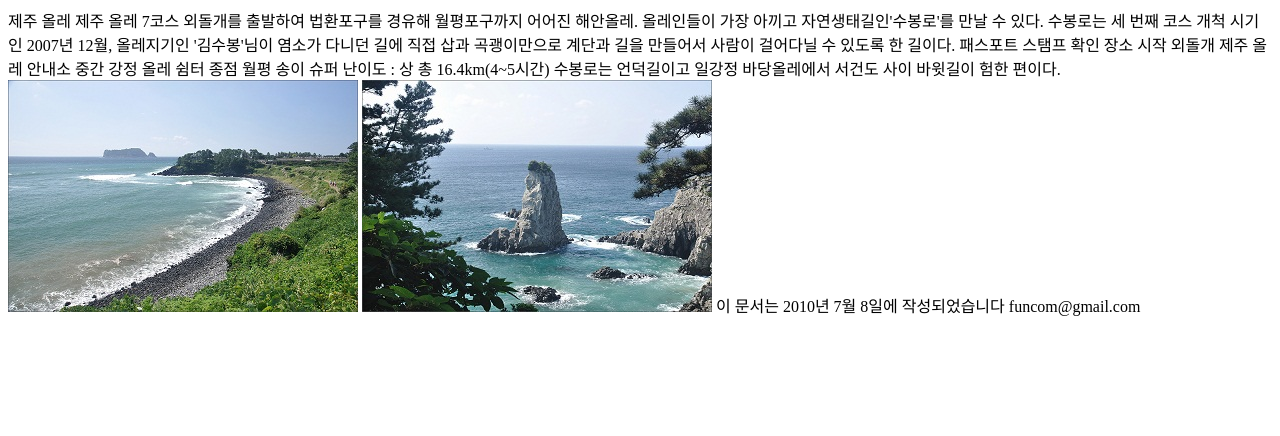
Repository: jinaa11/Kcc_Web
Page: Html/WebContent/sample2.html
These files come from the project's save history. The page is drawn as it stood at one moment and after the next save; the edit follows.
The browser window is 1280 px wide. The pictures show the whole page.

Above is the page before, as saved 2024-07-08 07:06:43.

### Html/WebContent/sample2.html
<!DOCTYPE html>
<html>
<head>
<meta charset="UTF-8">
<title>Insert title here</title>
</head>
<body>


제주 올레

  제주 올레 7코스
  외돌개를 출발하여 법환포구를 경유해 월평포구까지 어어진 해안올레. 올레인들이 가장 아끼고 자연생태길인'수봉로'를 만날 수 있다. 수봉로는 세 번째 코스 개척 시기인 2007년 12월, 올레지기인 '김수봉'님이 염소가 다니던 길에 직접 삽과 곡괭이만으로 계단과 길을 만들어서 사람이 걸어다닐 수 있도록 한 길이다.

  패스포트 스탬프 확인 장소
 시작  외돌개 제주 올레 안내소
 중간  강정 올레 쉼터
 종점  월평 송이 슈퍼

<!-- 거리 태그 -->
  난이도 : 상 총 16.4km(4~5시간)
  수봉로는 언덕길이고 일강정 바당올레에서 서건도 사이 바윗길이 험한 편이다.


    <img src="images/road1.jpg">


    <img src="images/road2.jpg">


이 문서는 2010년 7월 8일에 작성되었습니다
<!-- 주소 태그 -->
funcom@gmail.com
</body>
</html>

After the next save:
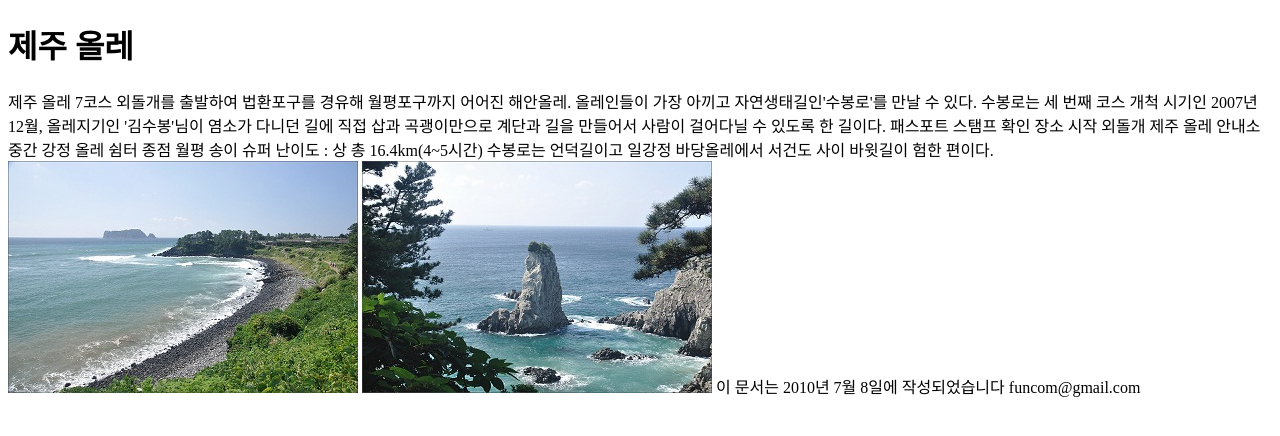
Saved 47 s later.
--- a/Html/WebContent/sample2.html
+++ b/Html/WebContent/sample2.html
@@ -5,9 +5,11 @@
 <title>Insert title here</title>
 </head>
 <body>
+<header>
+	<h1>제주 올레</h1>
+</header>
 
 
-제주 올레
 
   제주 올레 7코스
   외돌개를 출발하여 법환포구를 경유해 월평포구까지 어어진 해안올레. 올레인들이 가장 아끼고 자연생태길인'수봉로'를 만날 수 있다. 수봉로는 세 번째 코스 개척 시기인 2007년 12월, 올레지기인 '김수봉'님이 염소가 다니던 길에 직접 삽과 곡괭이만으로 계단과 길을 만들어서 사람이 걸어다닐 수 있도록 한 길이다.
